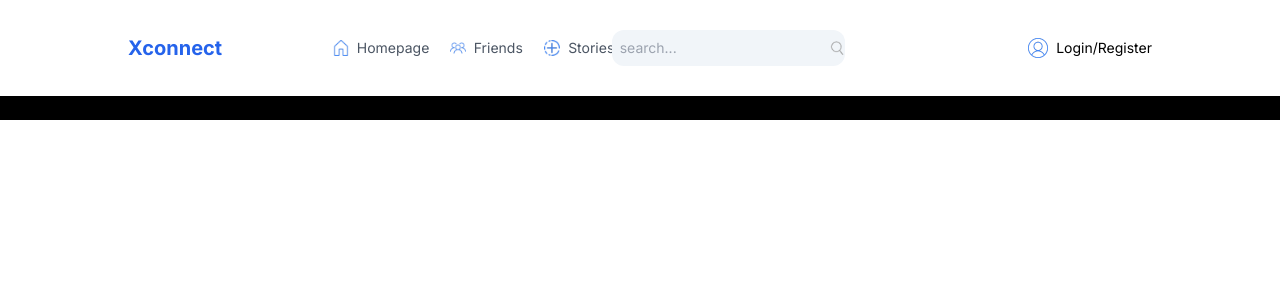
Repository: Tedydev-web/Xconnect
Page: /settings
An editor plug-in stored every save of this project. The page is shown before and after the next save, followed by the edit.
The browser window is 1280 px wide. The pictures show the whole page.
The page's requests for data from a server got no answer. The project was rebuilt for these pictures with package versions that can differ from the ones it lists, and the page was loaded fresh each time. Some packages were replaced by stand-ins written for this rebuild. The framework's server and built-in components were replaced by stand-ins that run in the browser. No one was signed in, and anything a server would have sent is missing. Also part of the build but not shown: next.config.mjs.

Above is the page before, as saved 2024-10-15 10:30:19.

After the next save:
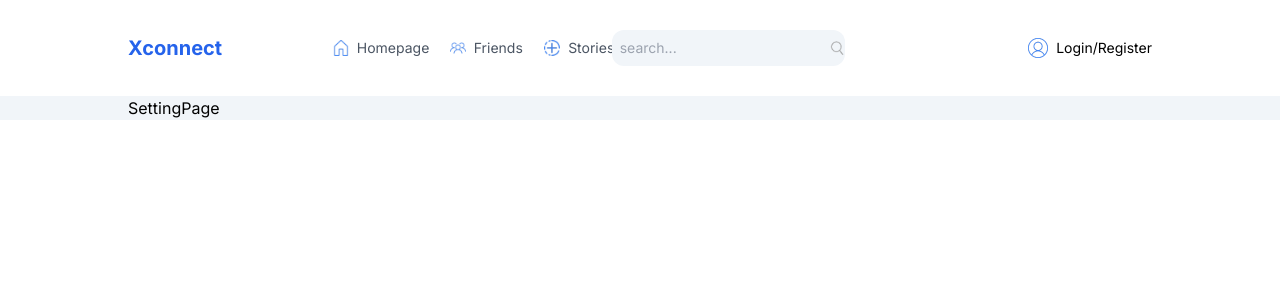
Saved 16 s later.
--- a/src/app/layout.tsx
+++ b/src/app/layout.tsx
@@ -20,10 +20,10 @@ export default function RootLayout({
 		<ClerkProvider>
 			<html lang="en">
 				<body className={inter.className}>
-					<div className="w-full bg-transparent px-4 md:px-8 lg:px-16 xl:px-32 2xl:px-64">
+					<div className="w-full bg-white px-4 md:px-8 lg:px-16 xl:px-32 2xl:px-64">
 						<Navbar />
 					</div>
-					<div className=" bg-black px-4 md:px-8 lg:px-16 xl:px-32 2xl:px-64">{children}</div>
+					<div className=" bg-slate-100 px-4 md:px-8 lg:px-16 xl:px-32 2xl:px-64">{children}</div>
 				</body>
 			</html>
 		</ClerkProvider>
